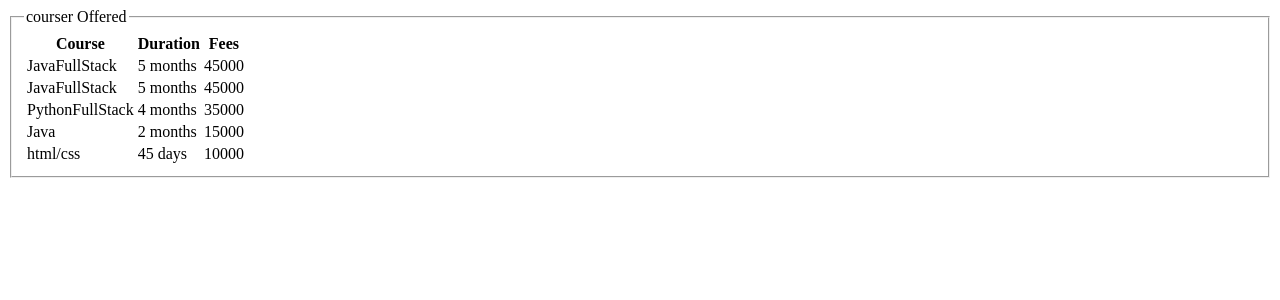
Repository: JanapatlaManojReddy/java
Page: http://localhost/institutionProject/
The author's editor kept a copy of each file at every save. The page is drawn from the files as they stood at one save, then again after the next save.
The browser window is 1280 px wide. The pictures show the whole page.
The page is served by Tomcat 9.

Above is the page before, as saved 2023-08-19 11:07:30.

After the next save:
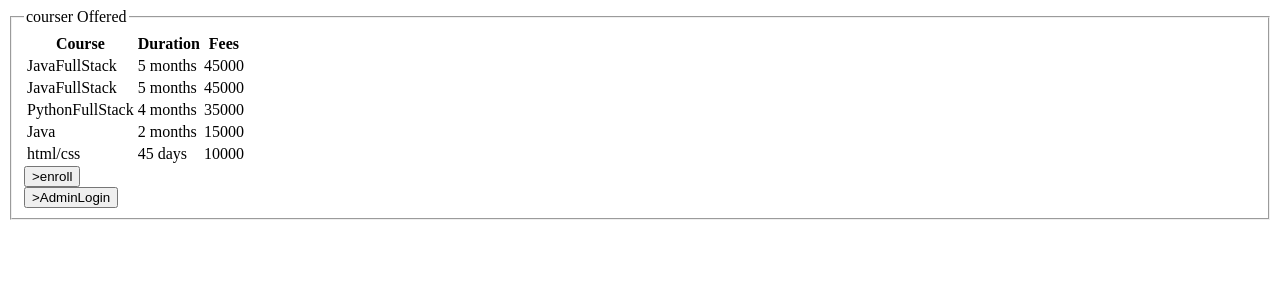
Saved 4 min 11 s later.
--- a/institutionProject/src/main/webapp/welcome.jsp
+++ b/institutionProject/src/main/webapp/welcome.jsp
@@ -48,6 +48,10 @@
 </tr>
 </table>
 </feildSet>
+<div><span><button <a href="StudentRegistration.jsp"></a>>enroll</button></span>
+</div>
+<div><span><button <a href="ManagementLogin.jsp"></a>>AdminLogin</button></span>
+</div>
 </form>
 
 </body>
